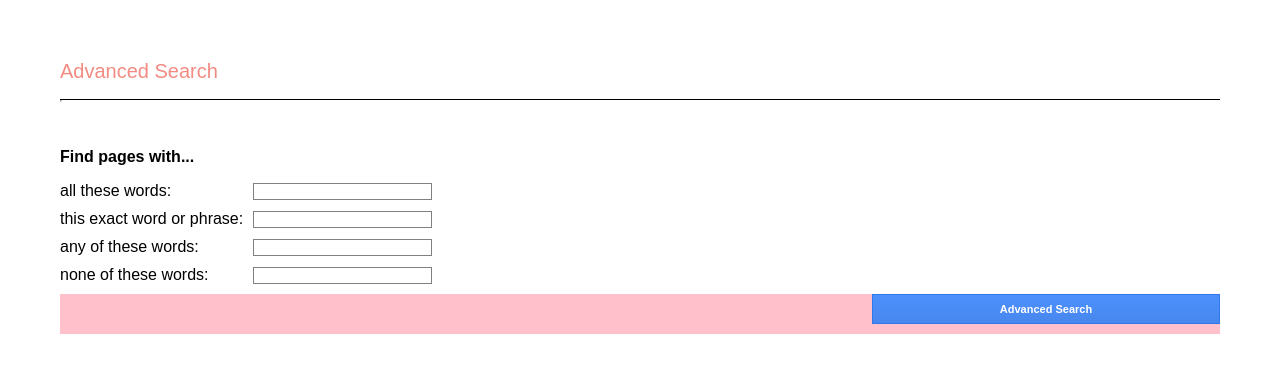
Repository: etentuk/search
Page: advanced_search.html
These files come from the project's save history. The page is drawn as it stood at one moment and after the next save; the edit follows.
The browser window is 1280 px wide. The pictures show the whole page.

Above is the page before, as saved 2021-11-05 00:09:42.

### advanced_search.html
<!DOCTYPE html>
<html lang="en">

<head>
    <title>Advanced Search</title>
    <link rel="stylesheet" href="styles.css">
</head>

<body>

    <div id="container">
        <div id="title">
            Advanced Search
        </div>
        <div class="horizontalLine" style="position: absolute;">
            <hr class="solid" style="width: 100%;">
        </div>
        <h4>Find pages with...</h4>
        <form action="https://google.com/search" class="form-example">
            <div style="display: table-row;">
                <div class="form-example">
                    <label for="as_q">all these words: </label>
                    <input type="text" id="as_q" name="as_q">
                </div>
                <div class="form-example">
                    <label for="as_epq">this exact word or phrase: </label>
                    <input type="text" id="as_epq" name="as_epq">
                </div>
                <div class="form-example">
                    <label for="as_oq">any of these words: </label>
                    <input type="text" id="as_oq" name="as_oq">
                </div>
                <div class="form-example">
                    <label for="as_eq">none of these words: </label>
                    <input type="text" id="as_eq" name="as_eq">
                </div>
                <div id="submit">
                    <input type="submit" value="Advanced Search">
                </div>
            </div>

        </form>
    </div>
</body>

</html>

### styles.css
* {
  margin: 0;
  padding: 0;
  box-sizing: border-box;
  font-family: Arial, sans-serif;
}

form.form-example {
  display: table;
}

div.form-example {
  display: table-row;
}

label,
input {
  display: table-cell;
  margin-bottom: 10px;
}

label {
  padding-right: 10px;
}

#title {
  border-bottom: 1px solid black;
  padding-bottom: 1rem;
  color: #f28b82;
  font-size: 20px;
  /* border-width: 10px; */
}

#container {
  font-family: Arial, Helvetica, sans-serif;
  min-height: 100vh;
  padding: 60px;
}



#container h4 {
  padding: 3rem 0 1rem 0;
  /* color: #fff; */
}

.form-example {
  width: 100%;
}

.form-example input {
  /* background-color: rgba(0, 0, 0, 0.8);
  width: 100%;
  border-radius: 2px; */
  border: 1px solid grey;
}

#submit {
  text-align: right;
  background-color: pink;
  width: 100%;
}

#submit input {
  border: 1px solid #3079ed;
  box-shadow: none;
  font-size: 11px;
  font-weight: bold;
  color: #fff;
  padding: 8px 12px;
  width: 30%;
  background-color: #4d90fe;
  background-image: -webkit-linear-gradient(top, #4d90fe, #4787ed);
}

After the next save:
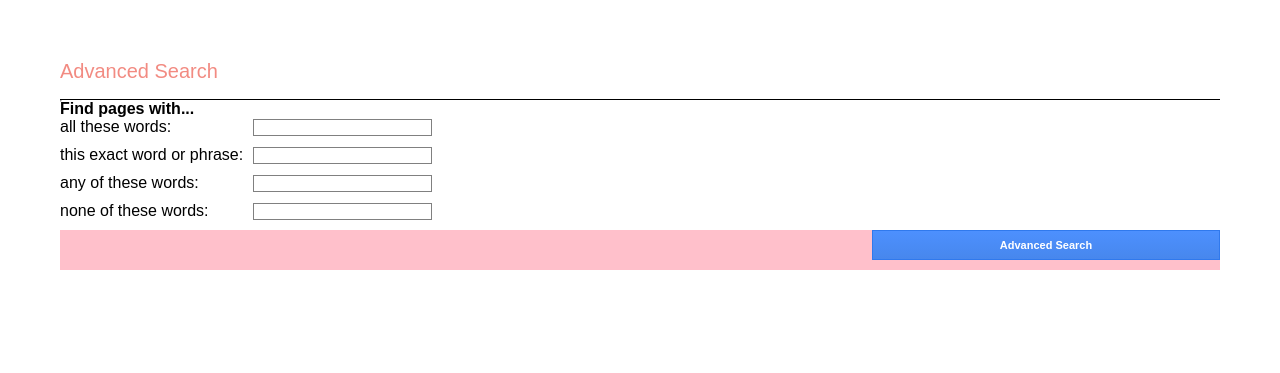
Saved 7 s later.
--- a/styles.css
+++ b/styles.css
@@ -37,7 +37,7 @@ label {
   padding: 60px;
 }
 
-
+#container
 
 #container h4 {
   padding: 3rem 0 1rem 0;

After the 4 saves that followed:
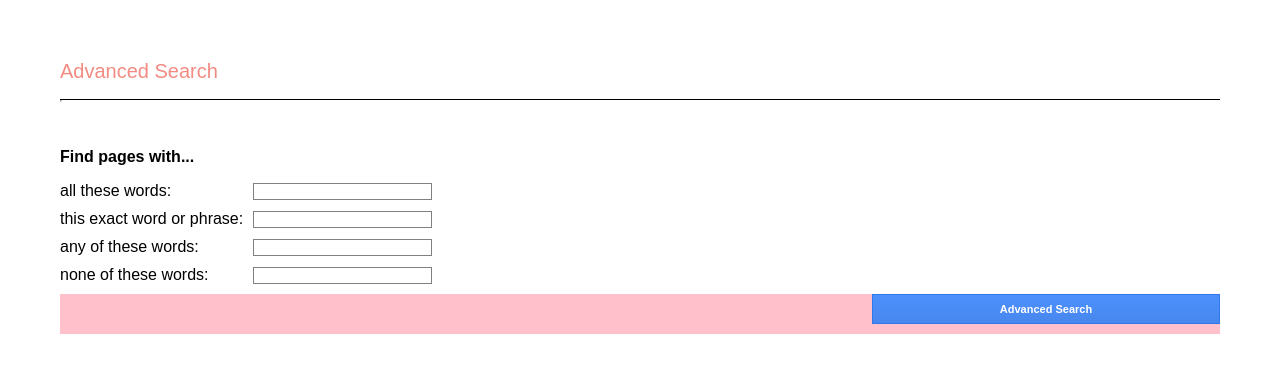
The 4 saves are shown as one change because 2 left the picture as it was and some came seconds apart.
The last was saved 54 s later.
--- a/styles.css
+++ b/styles.css
@@ -37,7 +37,9 @@ label {
   padding: 60px;
 }
 
-#container
+#container .horizontalLine {
+
+}
 
 #container h4 {
   padding: 3rem 0 1rem 0;
